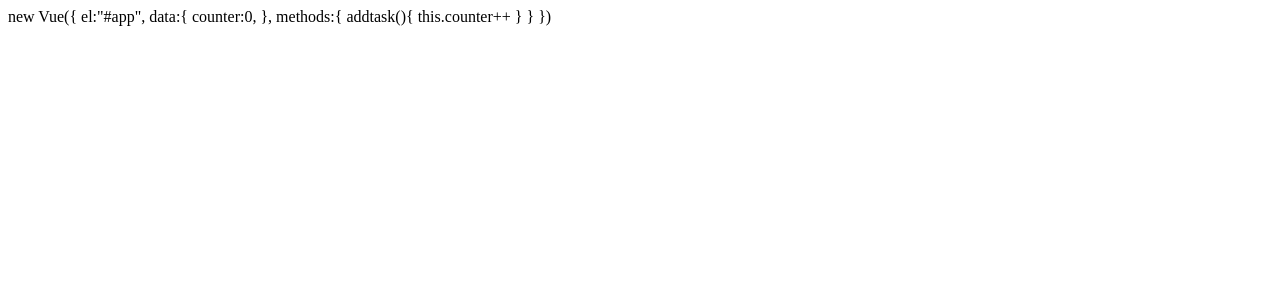
Repository: pawvan/amazonui
Page: index.html
These files come from the project's save history. The page is drawn as it stood at one moment and after a run of saves; the edit follows.
The browser window is 1280 px wide. The pictures show the whole page.

Above is the page before, as saved 2025-01-01 13:24:15.

After the next 3 saves:
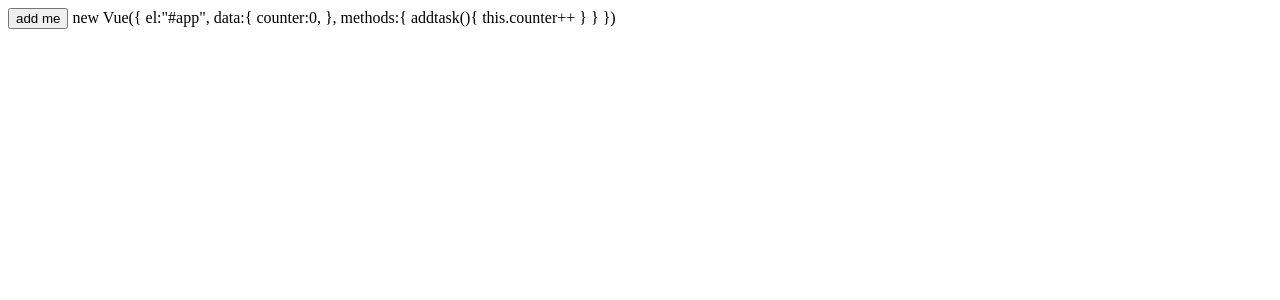
The 3 saves are shown as one change because they came seconds apart.
The last was saved 9 s later.
--- a/index.html
+++ b/index.html
@@ -6,6 +6,7 @@
     <title>Document</title>
 </head>
 <body>
+    <button oncl >add me</button>
     new Vue({
         el:"#app",
         data:{
